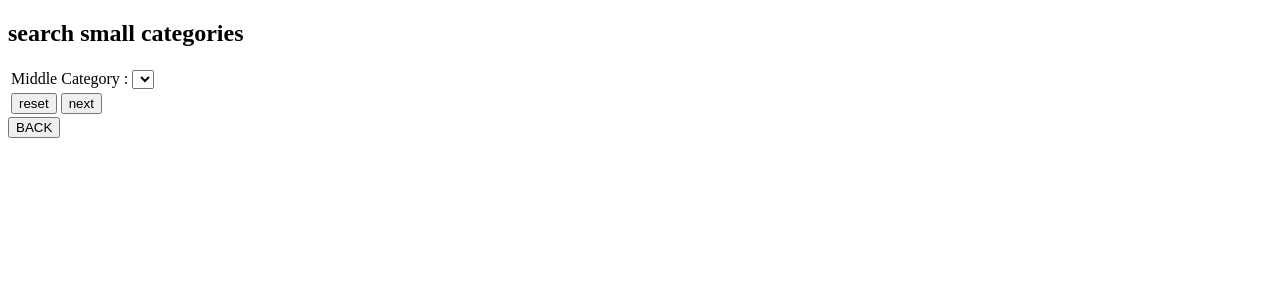
Repository: MIR013/KNU_DB_Project_Team5
Page: http://localhost/Databaase/search_category_small.jsp
These files come from the project's save history. The page is drawn as it stood at one moment and after the next save; the edit follows.
The browser window is 1280 px wide. The pictures show the whole page.
The page is served by Tomcat 9. Queries for data that is not in the repository find no rows.

Above is the page before, as saved 2018-11-15 12:50:22.

After the next save:
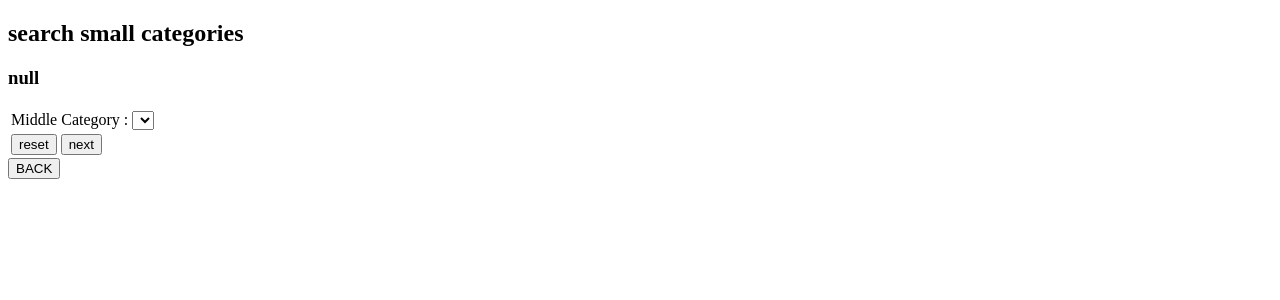
Saved 13 s later.
--- a/dbphase/Databaase/WebContent/search_category_small.jsp
+++ b/dbphase/Databaase/WebContent/search_category_small.jsp
@@ -30,6 +30,7 @@
 %>
 <%
 	String lcat = request.getParameter("largecat");
+	out.print("<h3>"+lcat+"</h3>");
 	query = "SELECT distinct Middle_category FROM CATEGORY WHERE Large_category = '" + request.getParameter("MiddleCat") + "'";
 	pstmt = conn.prepareStatement(query);
 	rs = pstmt.executeQuery();

After the save that followed:
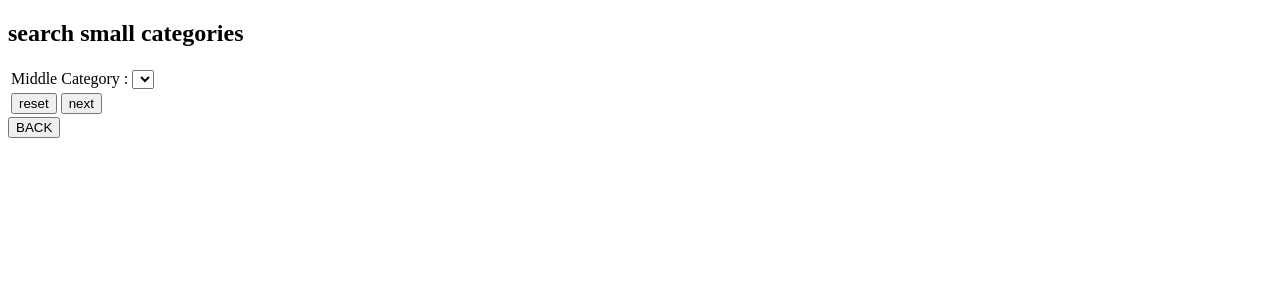
Saved 117 s later.
--- a/dbphase/Databaase/WebContent/search_category_small.jsp
+++ b/dbphase/Databaase/WebContent/search_category_small.jsp
@@ -30,8 +30,7 @@
 %>
 <%
 	String lcat = request.getParameter("largecat");
-	out.print("<h3>"+lcat+"</h3>");
-	query = "SELECT distinct Middle_category FROM CATEGORY WHERE Large_category = '" + request.getParameter("MiddleCat") + "'";
+	query = "SELECT distinct Middle_category FROM CATEGORY WHERE Large_category = '" +lcat+" AND Middle_category = '"+ request.getParameter("MiddleCat") + "'";
 	pstmt = conn.prepareStatement(query);
 	rs = pstmt.executeQuery();
 	out.print("<form action = search_category_small.jsp method = 'POST'> <table>");
